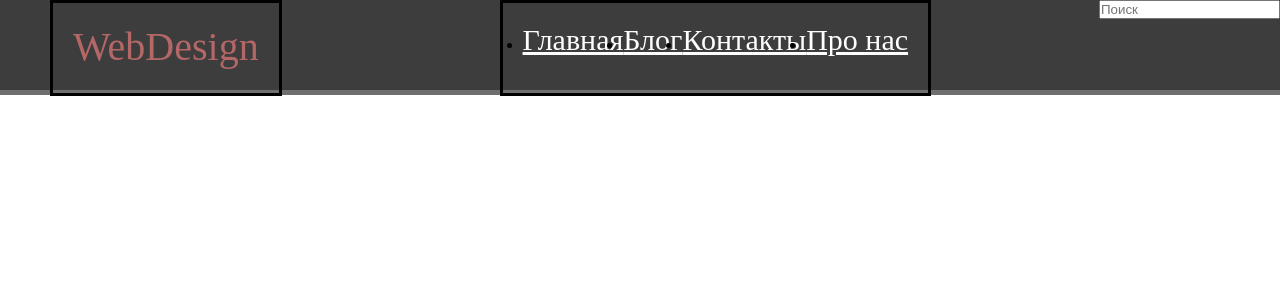
Repository: andbaik/Itprog
Page: index.htm
The author's editor kept a copy of each file at every save. The page is drawn from the files as they stood at one save, then again after a run of saves.
The browser window is 1280 px wide. The pictures show the whole page.

Above is the page before, as saved 2021-01-19 16:09:58.

After the next 4 saves:
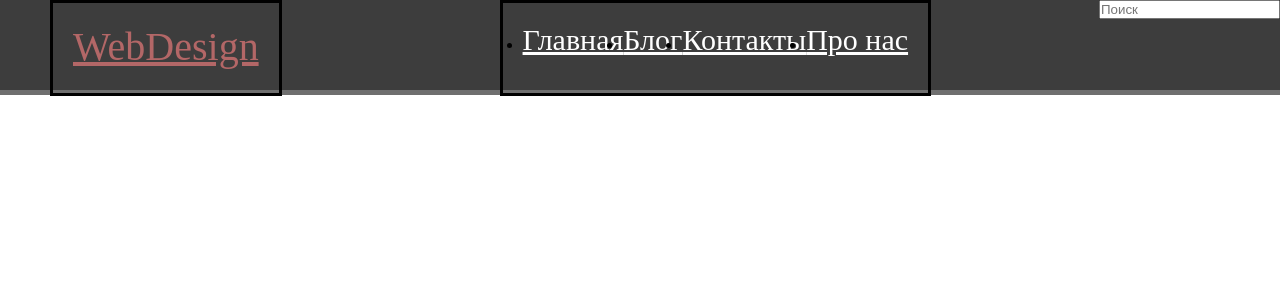
The 4 saves are shown as one change because they came seconds apart.
The last was saved 16 s later.
--- a/css/style.css
+++ b/css/style.css
@@ -26,8 +26,6 @@
 }
 .logo a{
     color: #B36767;
-    text-decoration: none;
-    text-align: center;
     font-size: 40px;
 
 
